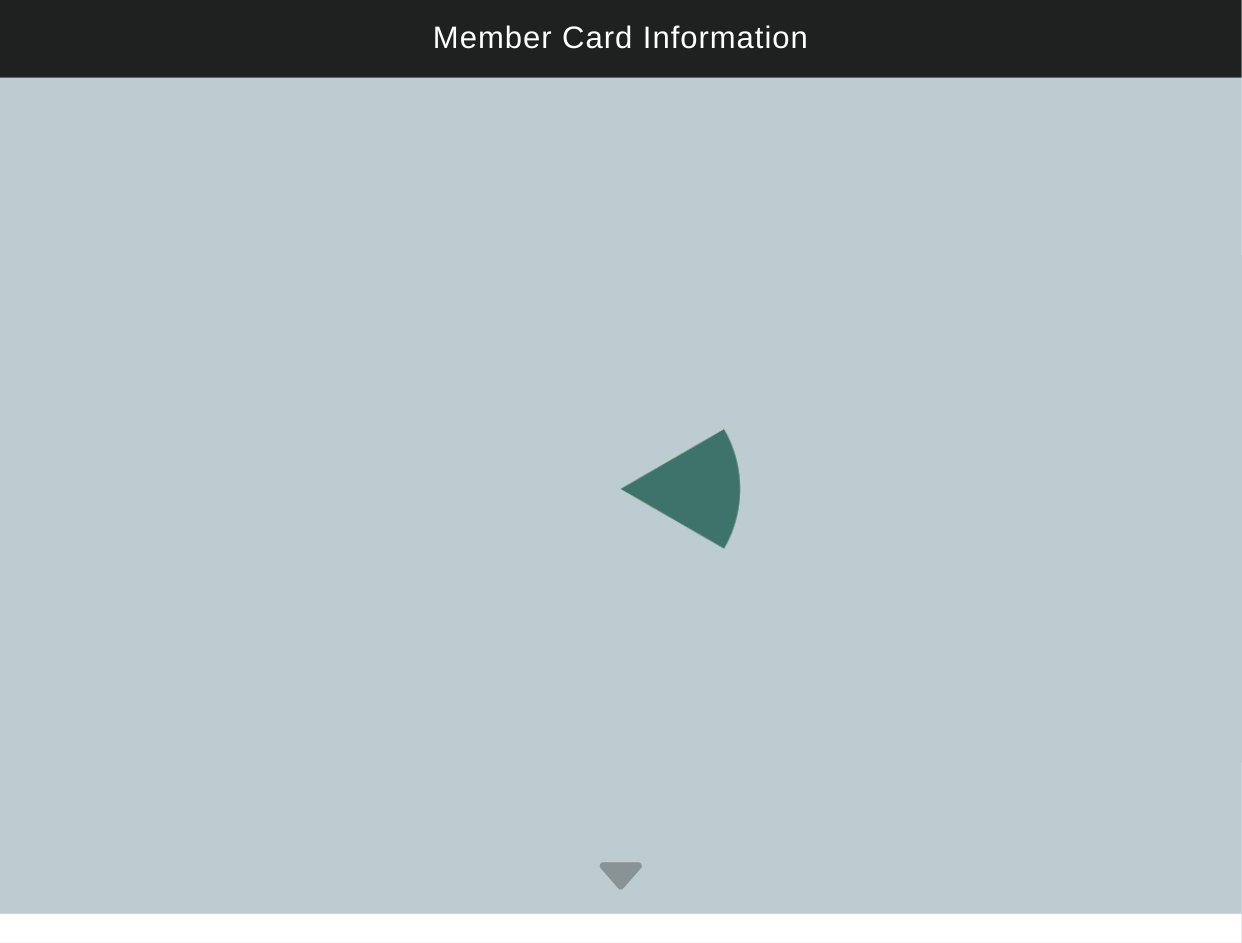
Repository: Leooook/lzhao-fed-test
Page: /
These files come from the project's save history. The page is drawn as it stood at one moment and after the next save; the edit follows.
The browser window is 1280 px wide. The pictures show the whole page, at 97% of full size.
The page's requests for data from a server got no answer. The project was rebuilt for these pictures with package versions that can differ from the ones it lists, and the page was loaded fresh each time. No one was signed in, and anything a server would have sent is missing. Also part of the build but not shown: src/components/detail.jsx.

Above is the page before, as saved 2021-03-15 21:37:46.

After the next save:
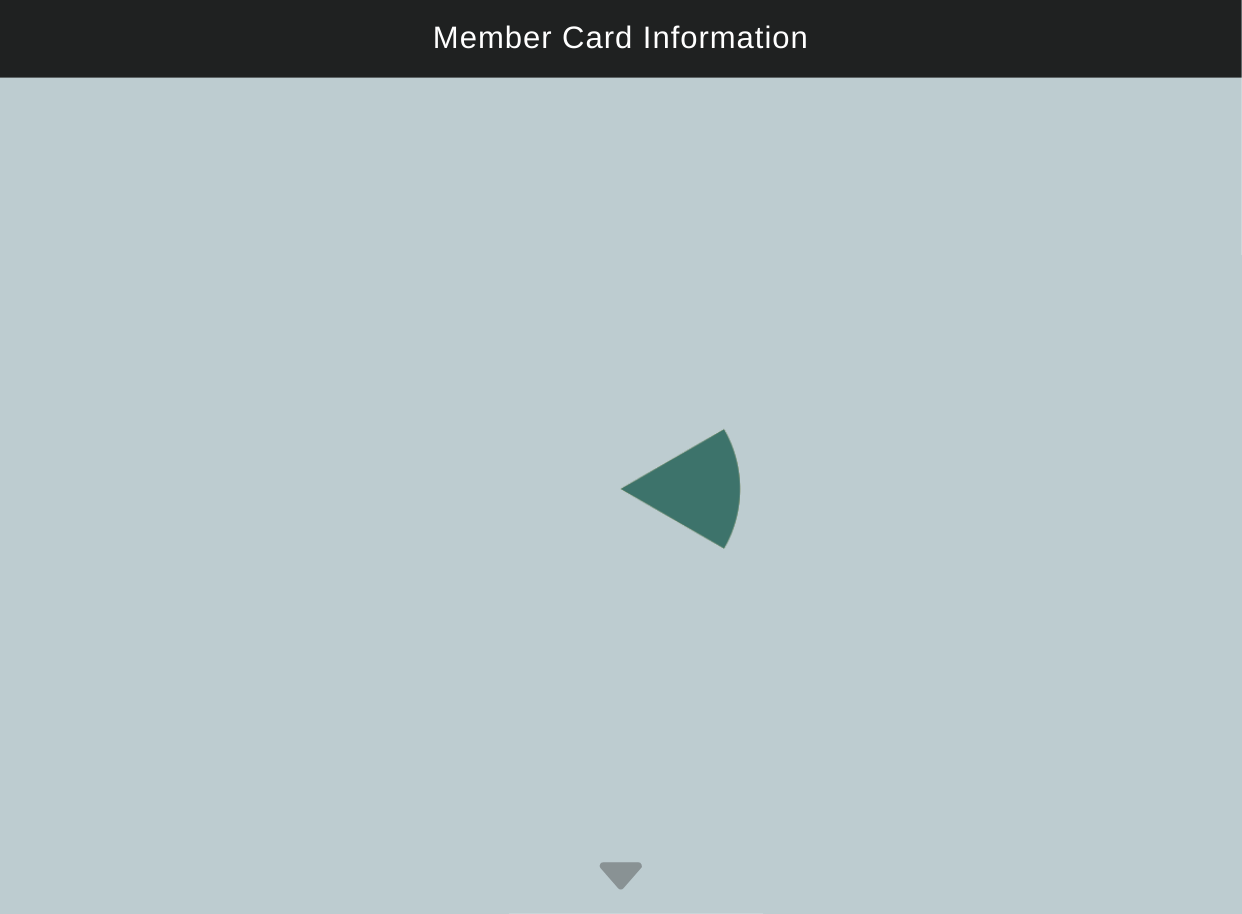
Saved 19 s later.
--- a/src/App.css
+++ b/src/App.css
@@ -21,7 +21,7 @@
 	color: rgba(65, 65, 65, 0.418);
 	width: 60px;
 	height: 60px;
-	margin: 30px auto;
+	margin: 30px auto 0 auto;
 	display: block;
 	cursor: pointer;
 	animation: upAndDown 3s ease-in-out infinite;
